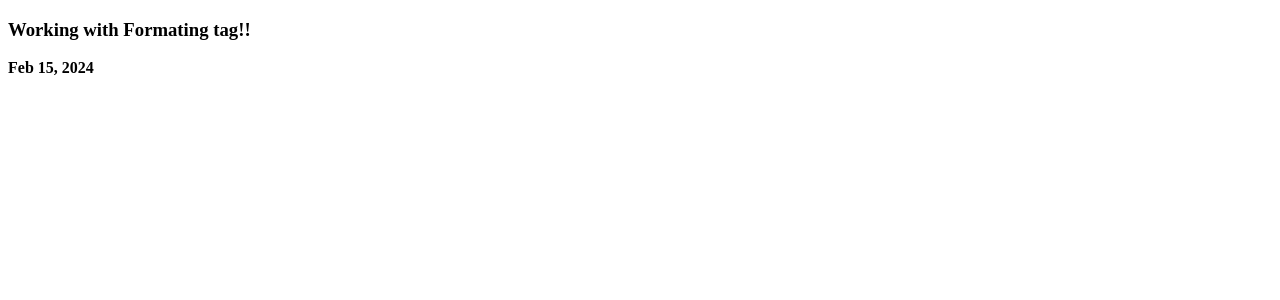
Repository: RG4025/AdvanceJava
Page: http://localhost/ClassWorkFeb21/formatting.jsp
An editor plug-in stored every save of this project. The page is shown before and after the next save, followed by the edit.
The browser window is 1280 px wide. The pictures show the whole page.
The page is served by Tomcat 9.

Above is the page before, as saved 2024-02-21 09:28:22.

After the next save:
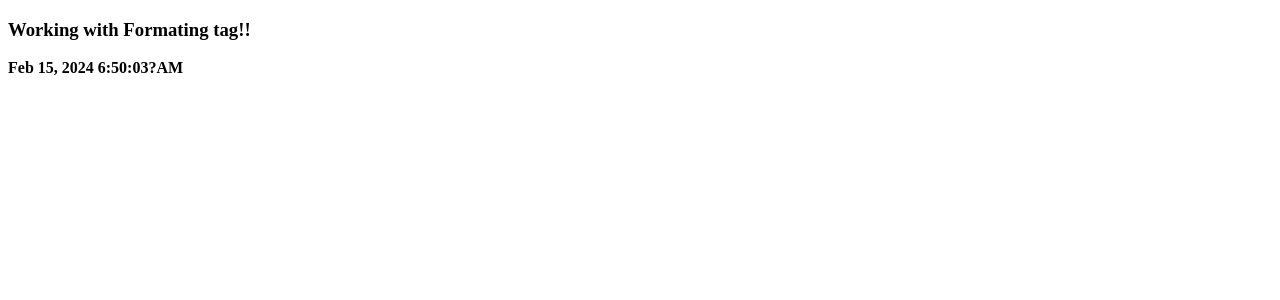
Saved 19 s later.
--- a/ClassWorkFeb21/src/main/webapp/formatting.jsp
+++ b/ClassWorkFeb21/src/main/webapp/formatting.jsp
@@ -26,5 +26,11 @@
 
 	</strong>
 
+	<strong>
+
+		<fmt:formatDate  type="time" value="${currDate}"></fmt:formatDate>
+
+	</strong>
+
 </body>
 </html>
